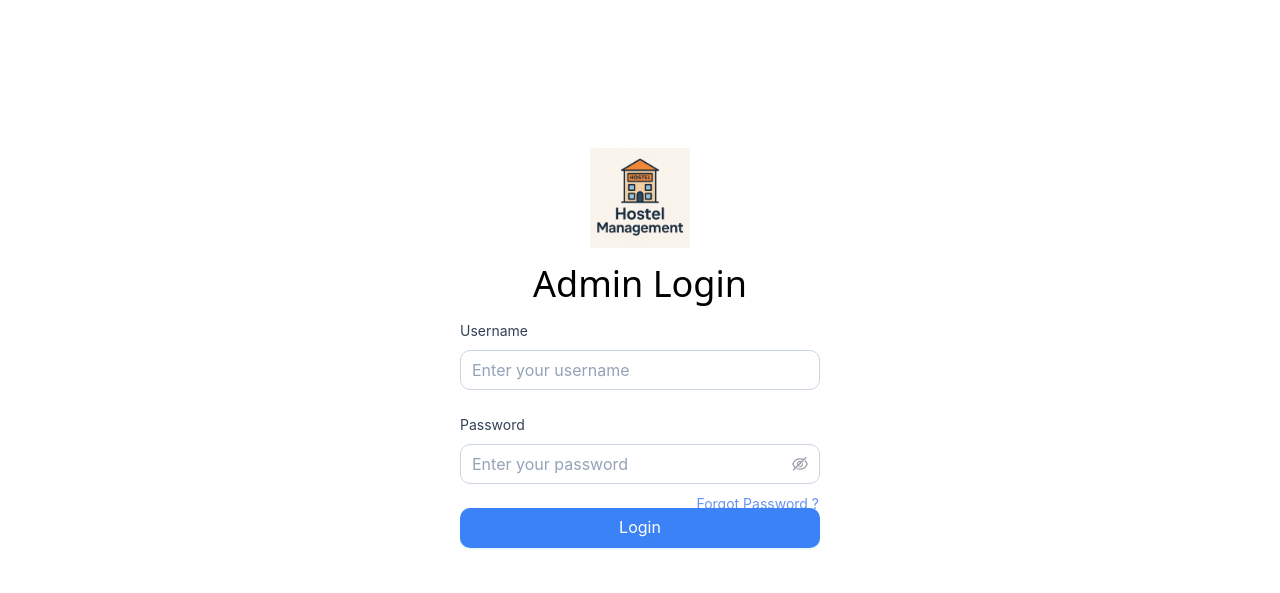
Repository: sujal984/Hostel-Management-System
Page: /Admin/login (app in frontend/)
The author's editor kept a copy of each file at every save. The page is drawn from the files as they stood at one save, then again after the next save.
The browser window is 1280 px wide. The pictures show the whole page.
The project was rebuilt for these pictures with package versions that can differ from the ones it lists, and the page was loaded fresh each time. Also part of the build but not shown: frontend/vite.config.js, frontend/src/components/ProtectedRoute.jsx, frontend/src/components/Acceptedapplication.jsx, frontend/src/components/AdminDashboard.jsx, frontend/src/components/StepForms.jsx, frontend/src/components/ApplicationForm.jsx, frontend/src/components/TrackStatus.jsx, frontend/src/components/Temporary.jsx and 3 more.

Above is the page before, as saved 2025-08-02 17:29:52.

### frontend/index.html
<!DOCTYPE html>
<html lang="en">
  <head>
    <meta charset="UTF-8" />
    <link
      rel="icon"
      type="image/svg+xml"
      href="/ChatGPT Image May 22, 2025, 12_02_14 PM.png"
    />
    <meta name="viewport" content="width=device-width, initial-scale=1.0" />
    <title>Hostel Management</title>
  </head>
  <body>
    <div id="root"></div>
    <script type="module" src="/src/main.jsx"></script>
  </body>
</html>

### frontend/src/main.jsx
import { createRoot } from "react-dom/client";
import { FormProvider } from "./components/FormContext.jsx";
import theme from "./theme.json";
import { ConfigProvider } from "antd";
import "./index.css";
import App from "./App.jsx";
import { BrowserRouter } from "react-router-dom";
import "@ant-design/v5-patch-for-react-19";
createRoot(document.getElementById("root")).render(
  <BrowserRouter>
    <ConfigProvider theme={theme}>
      <FormProvider>
        <App />
      </FormProvider>
    </ConfigProvider>
  </BrowserRouter>
);

### frontend/src/components/FormContext.jsx
// src/context/FormContext.jsx
import { createContext, useContext, useState } from "react";

const FormContext = createContext();

export const useFormContext = () => useContext(FormContext);

export const FormProvider = ({ children }) => {
  const [formData, setFormData] = useState({});
  const resetForm = () => setFormData({});

  return (
    <FormContext.Provider value={{ formData, setFormData, resetForm }}>
      {children}
    </FormContext.Provider>
  );
};

### frontend/src/theme.json
{
  "token": {
    "colorPrimary": "#3b82f6",
    "colorInfo": "#2563eb",
    "colorSuccess": "#22c55e",
    "colorWarning": "#facc15",
    "colorError": "#ef4444",

    "colorTextBase": "#1e293b",
    "colorBgBase": "#f8fafc",
    "colorBgContainer": "#ffffff",

    "fontFamily": "Inter, -apple-system, BlinkMacSystemFont, Segoe UI, Roboto, Helvetica Neue, Arial, sans-serif",
    "fontSize": 14,

    "borderRadius": 8,
    "colorBorder": "#e2e8f0",
    "colorTextPlaceholder": "#94a3b8"
  },

  "components": {
    "Button": {
      "controlHeight": 40,
      "colorPrimaryHover": "#2563eb",
      "colorPrimaryActive": "#1d4ed8"
    },
    "Table": {
      "colorBgContainer": "#ffffff",
      "colorBorderSecondary": "#e5e7eb",
      "headerBg": "#f1f5f9",
      "headerColor": "#0f172a"
    },
    "Form": {
      "labelColor": "#334155",
      "colorText": "#1e293b"
    },
    "Input": {
      "controlHeight": 50,
      "paddingInline": 16,
      "paddingBlock": 10,
      "borderRadius": 10,
      "colorBgContainer": "#ffffff",
      "colorBorder": "#cbd5e1",
      "colorText": "#0f172a"
    },
    "Steps": {
      "colorPrimary": "#3b82f6",
      "colorSplit": "#e2e8f0"
    },
    "Result": {
      "titleFontSize": 24,
      "subtitleFontSize": 16,
      "colorText": "#334155"
    },
    "Link": {
      "colorText": "#2563eb",
      "colorTextHover": "#1d4ed8",
      "colorTextActive": "#1e40af"
    },
    "Card": {
      "colorBgContainer": "#ffffff",
      "boxShadow": "0 4px 12px rgba(0, 0, 0, 0.05)",
      "borderRadius": 12,
      "padding": 24,
      "headerFontSize": 18,
      "colorTextHeading": "#0f172a"
    }
  }
}

### frontend/src/index.css
* {
  margin: 0;
  padding: 0;
}
@import "tailwindcss";

### frontend/src/App.jsx
import ProtectedRoute from "./components/ProtectedRoute";

import { WithHelmet } from "./helper/WithHelmet";
import { Routes, Route, Navigate } from "react-router-dom";
import { ROUTES } from "./constant/ROUTE";
import Page404 from "./components/Page404";
// import "./App.css";

function App() {
  const isAdminLoggedIn = localStorage.getItem("admin_logged_in") === "true";

  return (
    <Routes>
      {Object.values(ROUTES).map((route) => {
        const withHelmetComponent = WithHelmet(route.component, route.title);
        const Component = withHelmetComponent;

        // console.log(route.title);

        if (route.path === "/Admin/login") {
          // If logged in and on /Admin/login, redirect manually to dashboard
          if (isAdminLoggedIn) {
            return (
              <Route
                key={route.path}
                path={route.path}
                element={<Navigate to="/Admin/dashboard" replace />}
              />
            );
          } else {
            return (
              <Route
                key={route.path}
                path={route.path}
                element={<Component title={route.title} />}
              />
            );
          }
        }

        if (
          route.path === "/Admin/dashboard" ||
          (route.path.startsWith("/Admin/") && route.path !== "/Admin/login")
        ) {
          return (
            <Route
              key={route.path}
              path={route.path}
              element={
                <ProtectedRoute>
                  <Component title={route.title} />
                </ProtectedRoute>
              }
            />
          );
        }

        return (
          <Route
            key={route.path}
            path={route.path}
            element={<Component title={route.title} />}
          />
        );
      })}

      <Route path="*" element={<Page404 />} />
    </Routes>
  );
}

export default App;

### frontend/src/helper/WithHelmet.jsx
import { Helmet } from "react-helmet";

// Higher-Order Component with Helmet
export function WithHelmet(Component, title) {
  return function WrappedComponent(props) {
    return (
      <>
        <Helmet>
          <title>{title}</title>
        </Helmet>
        <Component {...props} />
      </>
    );
  };
}

### frontend/src/constant/ROUTE.js
import AcceptedApplication from "../components/Acceptedapplication";
import AdminDashboard from "../components/AdminDashboard";
import AdminLogin from "../components/AdminLogin";
import ApplicationForm from "../components/ApplicationForm";
import TrackStatus from "../components/TrackStatus";
import Temporary from "../components/Temporary";
import ApplicationDetail from "../components/ApplicationDetail";
import ForgotPassword from "../components/ForgotPassword";

export const ROUTES = {
  ApplicationForm: {
    path: "/",
    component: ApplicationForm,
    title: "Application Form",
    heading: "Application Form",
  },
  AdminLogin: {
    path: "/Admin/login",
    component: AdminLogin,
    title: "Admin Login",
    heading: "Admin Login",
    description: "Its a  admin login page",
  },
  ForgotPassword: {
    path: "/Admin/forgot",
    component: ForgotPassword,
    title: "Forgot Password",
  },
  Tracking: {
    path: "/User/Application/status",
    component: TrackStatus,
    title: "Application Tracking",
    heading: "Application Tracking",
  },

  Admin_Dashborad: {
    path: "/Admin/dashboard",
    component: AdminDashboard,
    title: "Admin Dashboard",
    heading: "Admin Dashboard",
  },
  Accepted_Applications: {
    path: "/Admin/accepted-applications",
    component: AcceptedApplication,
    title: "Accepted Applications",
    heading: "Accepted Applications",
  },
  Application_Detail: {
    path: `/Admin/Application/detail/:id`,
    component: ApplicationDetail,
    title: "Application Detail",
    heading: "Application Detail",
  },
  Temporary: {
    path: "/temporary",
    component: Temporary,
    title: "Temporary",
    heading: "Temporary",
  },
};

### frontend/src/components/AdminLogin.jsx
import { Button, Form, Card, Typography, message } from "antd";
import FormItem from "antd/es/form/FormItem";
import Input from "antd/es/input/Input";
import { useState, useEffect } from "react";
import { Result } from "antd";

import { Endpoint } from "../constant/Endpoint";
import axios from "axios";
import { useNavigate } from "react-router-dom";
import { ROUTES } from "../constant/ROUTE";

function AdminLogin() {
  const [showResult, setShowResult] = useState(false);
  const [form] = Form.useForm();
  const navigate = useNavigate();
  useEffect(() => {
    if (localStorage.getItem("admin_logged_in") === "true") {
      navigate("/Admin/dashboard");
    }
  }, [navigate]);
  const handleLogin = async (values) => {
    console.log("run");
    try {
      const response = await axios.post(
        `${import.meta.env.VITE_API_URL}${Endpoint.adminlogin}`,
        {
          User_Name: values.User_Name,
          Password: values.Password,
        }
      );
      if (response.data && response.data.message === "Login successful") {
        message.success("Login successful");
        localStorage.setItem("admin_logged_in", "true");
        navigate("/Admin/dashboard");
      } else {
        setShowResult(true);

        localStorage.removeItem("admin_logged_in");
      }
    } catch (error) {
      setShowResult(true);
      console.log(error);
      localStorage.removeItem("admin_logged_in");
    }
  };
  const handleTryAgain = () => {
    setShowResult(false);
    form.resetFields();
  };
  return (
    <>
      <div className="h-screen flex justify-center items-center ">
        <div className=" md:min-w-[400px] !p-5">
          {showResult ? (
            <Result
              status="error"
              title="Login Failed"
              subTitle="Invalid username or password."
              extra={[
                <Button type="primary" key="tryagain" onClick={handleTryAgain}>
                  Try Again
                </Button>,
              ]}
            />
          ) : (
            <>
              <div className="flex justify-center">
                <img
                  src="/ChatGPT Image May 22, 2025, 12_02_14 PM.png"
                  className="w-[100px] h-[100px]"
                />
              </div>
              <h1 className="text-4xl text-center font-medium !m-4">
                Admin Login
              </h1>
              <Form
                layout="vertical"
                onFinish={handleLogin}
                requiredMark={false}
                form={form}
              >
                <FormItem
                  label="Username"
                  name="User_Name"
                  rules={[
                    { required: true, message: "Please Enter Your Username" },
                  ]}
                >
                  <Input placeholder="Enter your username" size="large" />
                </FormItem>
                <FormItem
                  label="Password"
                  name="Password"
                  rules={[
                    { required: true, message: "Please Enter Your Password" },
                  ]}
                  className="relative"
                >
                  <Input.Password
                    placeholder="Enter your password"
                    size="large"
                  />
                  <Button
                    type="link"
                    href={ROUTES.ForgotPassword}
                    className="!absolute top-10 right-0 !pr-0 opacity-70"
                  >
                    Forgot Password ?
                  </Button>
                </FormItem>
                <FormItem>
                  <Button
                    htmlType="submit"
                    type="primary"
                    size="large"
                    className="!w-full"
                  >
                    Login
                  </Button>
                </FormItem>
              </Form>
            </>
          )}
        </div>
      </div>
    </>
  );
}

export default AdminLogin;

### frontend/src/constant/Endpoint.js
export const Endpoint = {
  submitapplication: "/submit-application/",
  fetchapplications: "/fetch-applications/",
  deleteapplication: "/delete-application/",
  acceptedapplications: "/fetch-accepted-applications/",
  trackStatus: "/get-status/",
  roomallocation: "/allocate-room/",
  applicationupdatestatus: "/update-status/",
  availablerooms: "/available-rooms/",
  adminlogin: "/login/",
  applicationdetail: "/application",
};

After the next save:
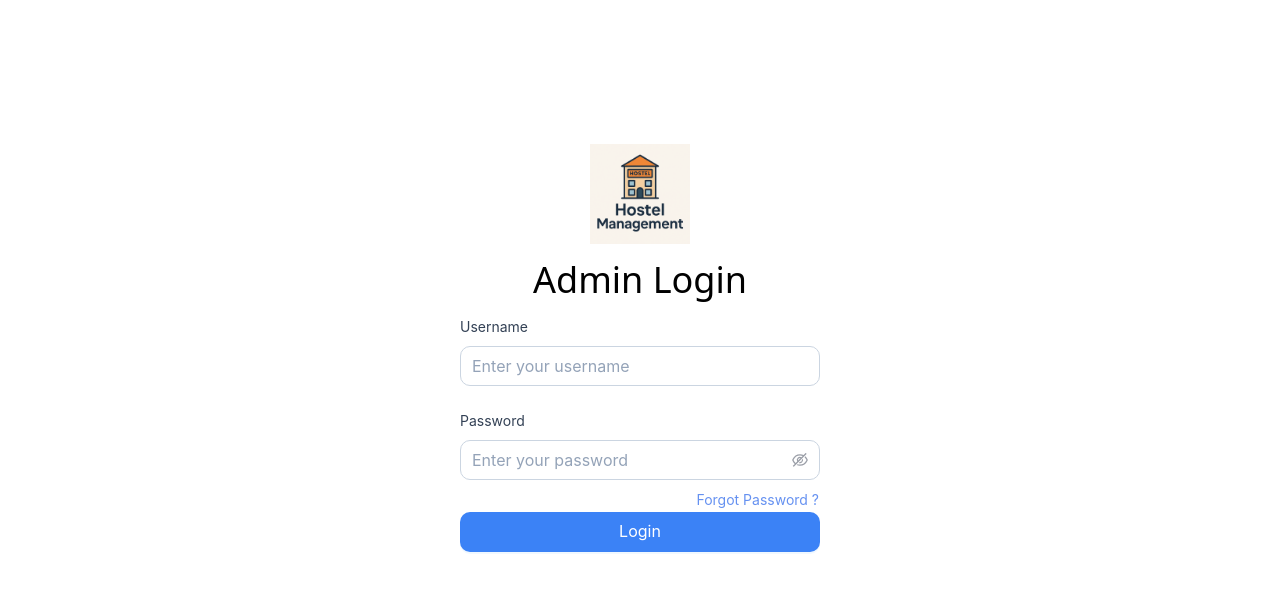
Saved 19 s later.
--- a/frontend/src/components/AdminLogin.jsx
+++ b/frontend/src/components/AdminLogin.jsx
@@ -113,7 +113,7 @@ function AdminLogin() {
                     htmlType="submit"
                     type="primary"
                     size="large"
-                    className="!w-full"
+                    className="!w-full !mt-2"
                   >
                     Login
                   </Button>
